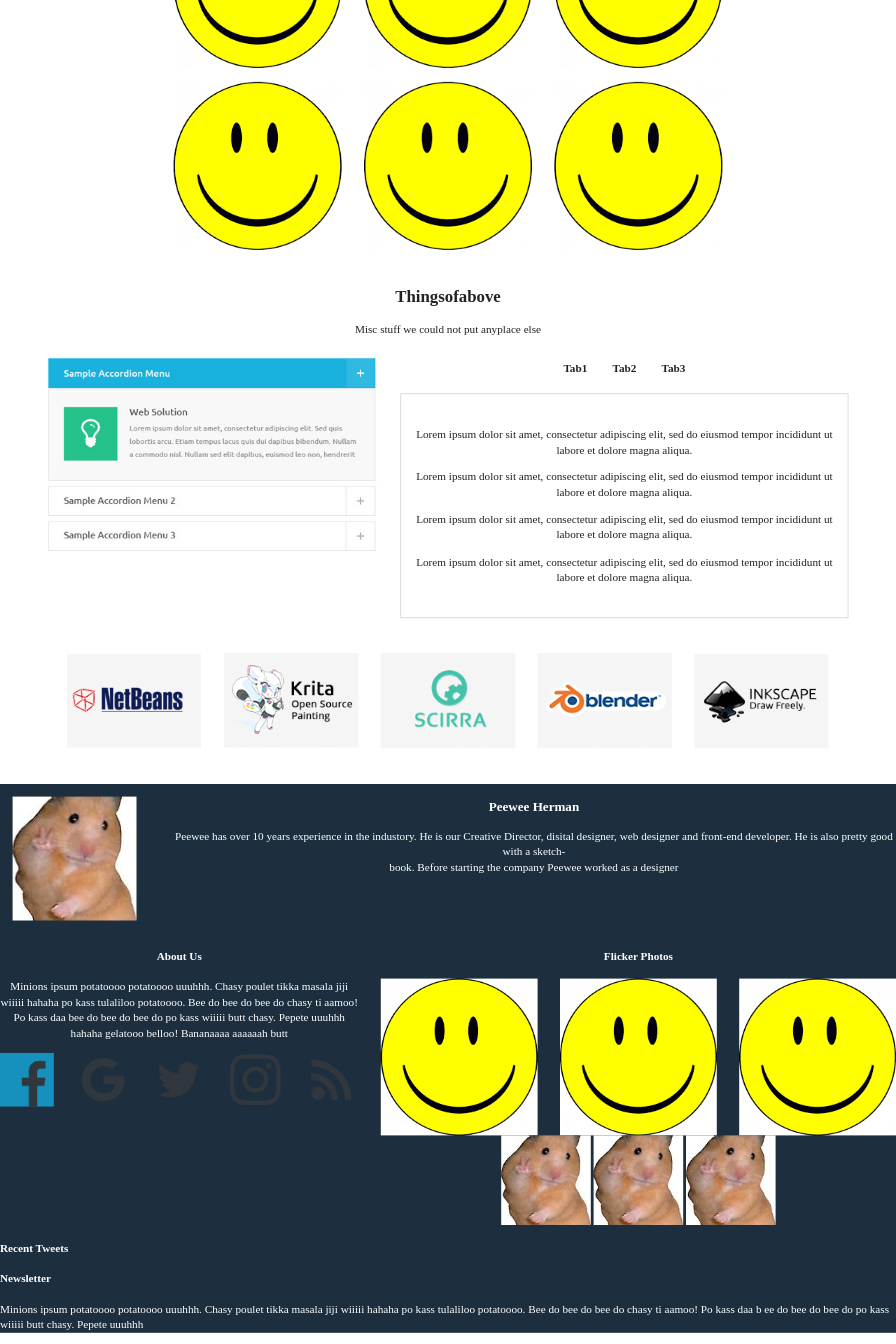
Repository: KanaKimishima/project1-responsive
Page: index.html
An editor plug-in stored every save of this project. The page is shown before and after a run of saves, followed by the edit.
The browser window is 1280 px wide. The pictures show the part of the page from y = 1850 to 3770 px (the page is 3770 px tall), at 70% of full size.

Above is the page before, as saved 2023-02-06 22:38:39.

### index.html
<!doctype html>
<html class="no-js" lang="">

<head>
  <meta charset="utf-8">
  <title></title>
  <meta name="description" content="">
  <meta name="viewport" content="width=device-width, initial-scale=1">

  <meta property="og:title" content="">
  <meta property="og:type" content="">
  <meta property="og:url" content="">
  <meta property="og:image" content="">

  <link rel="manifest" href="site.webmanifest">
  <link rel="apple-touch-icon" href="icon.png">
  <!-- Place favicon.ico in the root directory -->

  <link rel="stylesheet" href="css/normalize.css">
  <link rel="stylesheet" href="css/main.css">
</head>

<body class="page page-home">
    <header class="page__header">
        <img src="img/logo.png" alt="" class="logo">
        <a href="/">
            <div class="navTab homeTab">
                <img src="img/Home.png" class="navBarIcons">
                <h5>Home</h5>
            </div>
        </a>
        <a href="/">
            <div class="navTab pagesTab">
                <img src="img/pages.png" class="navBarIcons">
                <h5> Pages</h5>
            </div>
        </a>
        <a href="/">
            <div class="navTab blogTab">
                <img src="img/blog.png" class="navBarIcons">
                <h5>Blog</h5>
            </div>
        </a>
        <a href="/">
            <div class="navTab portfolioTab">
                <img src="img/profolio.png" class="navBarIcons">
                <h5>Portfolio</h5>
            </div>
        </a>
        <a href="/">
            <div class="navTab home2Tab">
                <img src="img/home2.png" class="navBarIcons">
                <h5>Home2</h5>
            </div>
        </a>
    </header> <!-- page__header ends here-->

    <div class="page_slide_column">
        <div class="row">
            <img class="minion" src="img/minion.jpg" alt>
        </div>
    </div> <!-- page_slide_column ends here-->


    <div class="page__intro">
        <div class="row">
            <h1 class="heading">Hey guys! This is the <span class="text-color">Metrolics</span> theme. <br>It sports a responsive layout with a mobile layout.</h1>
        </div>
    </div> <!-- page__intro ends here-->

    <section class="about">
        <div class="row">
            <div class="column">
                <h2 class="heading">Things That We Do</h2>
                <p class="text">ask us what we can do for you.</p>
            </div>
        </div>
        <div class="row">
            <div class="column">
                <img src="img/solutions.png" class="things">
                <h3 class="heading">Web Solutions</h3>
                <p class="text">We are a fairly small, flexible design studio that designs for print and web. We work flexibly with clients to fulfil their design needs. Whether you need to create a brand from scratch, including marketing materials and a beautiful and functional website or whether you are looking for a design refresh we are confident you will be pleased with the results.</p>
            </div>
            <div class="column">
                <img src="img/photo.png"  class="things">
                <h3 class="heading">Photography</h3>
                <p class="text">We are a fairly small, flexible design studio that designs for print and web. We work flexibly with clients to fulfil their design needs. Whether you need to create a brand from scratch, including marketing materials and a beautiful and functional website or whether you are looking for a design refresh we are confident you will be pleased with the results.</p>
            </div>
            <div class="column">
                <img src="img/web development.png" class="things">
                <h3 class="heading">Web Development</h3>
                <p class="text">We are a fairly small, flexible design studio that designs for print and web. We work flexibly with clients to fulfil their design needs. Whether you need to create a brand from scratch, including marketing materials and a beautiful and functional website or whether you are looking for a design refresh we are confident you will be pleased with the results.</p>
            </div>
            <div class="column">
                <img src="img/design.png" class="things">
                <h3 class="heading">Web Design</h3>
                <p class="text">We are a fairly small, flexible design studio that designs for print and web. We work flexibly with clients to fulfil their design needs. Whether you need to create a brand from scratch, including marketing materials and a beautiful and functional website or whether you are looking for a design refresh we are confident you will be pleased with the results.</p>
            </div>
        </div>
    </section> <!-- about ends here-->


    <section class="projects--new">
        <div class="row">
            <div class="secondHeader">
                <h2 class="heading">What's up Lately?</h2>
                <p class="text">Read up on our latest work</p>
            </div>
        </div>
        <div class="row">
            <div class="column">
                <img src="img/Happy.png" class="happy" alt="">

            </div>
            <div class="column">
                <img src="img/Happy.png" class="happy" alt="">
            </div>
            <div class="column">
                <img src="img/Happy.png" class="happy" alt="">
            </div>
        </div>
    </section> <!-- projects--new ends here-->

    <section class="projects">
        <div class="row">
            <div class="heading">
                <h2 class="heading">Our Latest Projects</h2>
                <p class="text">Client happy? We are happy.</p>
            </div>
        </div>
        <div class="row happyimages">
            <div class="column">
                <img src="img/Happy.png" class="happy" alt="">
            </div>
            <div class="column">
                <img src="img/Happy.png" class="happy" alt="">
            </div>
            <div class="column">
                <img src="img/Happy.png" class="happy" alt="">
            </div>
        </div>
        <div class="row happyimages">
            <div class="column">
                <img src="img/Happy.png" class="happy" alt="">
            </div>
            <div class="column">
                <img src="img/Happy.png" class="happy" alt="">
            </div>
            <div class="column">
                <img src="img/Happy.png" class="happy" alt="">
            </div>
        </div>
    </section> <!-- projects ends here-->

    <section class="thingsofabove">
        <div class="row">
            <div class="heading">
                <h2 class="heading">Thingsofabove</h2>
                <p class="text">Misc stuff we could not put anyplace else</p>
            </div>
        </div>
        <div class="row">
            <div class="column">
                <div class="sampleaccordion">
                    <img src="img/accordion.png" alt="">
                </div>
            </div>
            <div class="column">
                <div class="tabset">
                    <!-- Tab 1 -->
                    <input type="radio" name="tabset" id="tab1" aria-controls="marzen" checked>
                    <label for="tab1">Tab1</label>
                    <!-- Tab 2 -->
                    <input type="radio" name="tabset" id="tab2" aria-controls="rauchbier">
                    <label for="tab2">Tab2</label>
                    <!-- Tab 3 -->
                    <input type="radio" name="tabset" id="tab3" aria-controls="dunkles">
                    <label for="tab3">Tab3</label>

                    <div class="tab-panels">
                        <section id="marzen" class="tab-panel">
                            <p>Lorem ipsum dolor sit amet, consectetur adipiscing elit, sed do eiusmod tempor incididunt ut labore et dolore magna aliqua.</p>
                            <p>Lorem ipsum dolor sit amet, consectetur adipiscing elit, sed do eiusmod tempor incididunt ut labore et dolore magna aliqua.</p>
                            <p>Lorem ipsum dolor sit amet, consectetur adipiscing elit, sed do eiusmod tempor incididunt ut labore et dolore magna aliqua.</p>
                            <p>Lorem ipsum dolor sit amet, consectetur adipiscing elit, sed do eiusmod tempor incididunt ut labore et dolore magna aliqua.</p>
                        </section>
                        <section id="rauchbier" class="tab-panel">
                            <p>tab2 Lorem ipsum dolor sit amet, consectetur adipiscing elit, sed do eiusmod tempor incididunt ut labore et dolore magna aliqua.</p>
                        </section>
                        <section id="dunkles" class="tab-panel">
                            <p>tab3 tab3 tab3 tab3 Lorem ipsum dolor sit amet, consectetur adipiscing elit, sed do eiusmod tempor incididunt ut labore et dolore magna aliqua.</p>
                        </section>
                    </div>
                </div>
            </div>
        </div>
    </section> <!-- thingsofabove ends here-->

    <section class="sponsors">
        <div class="row">
            <img class="sponser" src="img/NetBeans.png" alt="placeholder">
            <img class="sponser" src="img/KRITA.png" alt="placeholder">
            <img class="sponser" src="img/SCIRRA.png" alt="placeholder">
            <img class="sponser" src="img/blender.png" alt="placeholder">
            <img class="sponser" src="img/ink.png" alt="placeholder">
        </div>
    </section> <!-- sponsers ends here-->

    <footer class="page__footer">
        <div class="page__footer__intro row">
                <img src="img/meme.jpg" alt="hamstermeme">
                <div class="page__footer heading">
                    <h3>Peewee Herman</h3>
                    <p>Peewee has over 10 years experience in the industory. He is our Creative Director, disital designer, web designer and front-end developer. He is also pretty good with a sketch-<br>book. Before starting the company Peewee worked as a designer</p>
                </div>
        </div>
        <div class="row">
            <div class="column">
                <h4>About Us</h4>
                <div class="sns_icons">
                    <p>Minions ipsum potatoooo potatoooo uuuhhh. Chasy poulet tikka masala jiji wiiiii hahaha po kass tulaliloo potatoooo. Bee do bee do bee do chasy ti aamoo! Po kass daa bee do bee do bee do po kass wiiiii butt chasy. Pepete uuuhhh hahaha gelatooo belloo! Bananaaaa aaaaaah butt</p>
                    <ul class="sns-icons row">
                        <li><img class="facebook" src="img/facebook.png" alt=""></li>
                        <li><img class="google" src="img/google.png" alt=""></li>
                        <li><img class="twitter" src="img/twitter.png" alt=""></li>
                        <li><img class="instagram" src="img/instagram.png" alt=""></li>
                        <li><img class="rss" src="img/rss.png" alt=""></li>
                    </ul>
                </div>
            </div>

            <div class="flicker">
                <div class="column"></div>
                <h4>Flicker Photos</h4>
                <div class="flicker-imgs row">
                    <img src="img/Happy.png" alt="">
                    <img src="img/Happy.png" alt="">
                    <img src="img/Happy.png" alt="">
                </div>
                <div class="flicker-imgs2 row"></div>
                    <img src="img/meme.jpg" alt="">
                    <img src="img/meme.jpg" alt="">
                    <img src="img/meme.jpg" alt="">
                </div>
            </div>
            <div class="column">
                <h4>Recent Tweets</h4>
            </div>
            <div class="column">
                <h4>Newsletter</h4>
                <p>Minions ipsum potatoooo potatoooo uuuhhh. Chasy poulet tikka masala jiji wiiiii hahaha po kass tulaliloo potatoooo. Bee do bee do bee do chasy ti aamoo! Po kass daa b ee do bee do bee do po kass wiiiii butt chasy. Pepete uuuhhh </p>
                <div class="">

            </div>
        </div>
    </footer> <!-- page--footer ends here-->

  <script src="js/vendor/modernizr-3.11.2.min.js"></script>
  <script src="js/plugins.js"></script>
  <script src="js/main.js"></script>

  <!-- Google Analytics: change UA-XXXXX-Y to be your site's ID. -->
  <script>
    window.ga = function () { ga.q.push(arguments) }; ga.q = []; ga.l = +new Date;
    ga('create', 'UA-XXXXX-Y', 'auto'); ga('set', 'anonymizeIp', true); ga('set', 'transport', 'beacon'); ga('send', 'pageview')
  </script>
  <script src="https://www.google-analytics.com/analytics.js" async></script>
</body>

</html>

### css/main.css
/** Hedieh Starts CSS**/
/*Nav Bar*/
:root {
  --green: #25c389;
  --yellow: #ffb901;
  --red: #de6262;
  --lightBlue: #1691bd;
  --darkBlue: #166ba2;
  --padding-d: 0 20vw;
  --gap-d: 2em;
}

img {
  object-fit: cover;
}

.row {
  display: flex;
  gap: var(--gap-d);
  text-align: center;
  justify-content: center;
}

.page__header {
  display: flex;
  justify-content: center;
}

.logo {
  object-fit: contain;
}

.navTab>h5 {
  color: white;
  position: absolute;
  padding: 1em;
  margin: 0;
}

.navBarIcons {
  display: flex;
  justify-content: center;
  align-items: center;
  width: 3em;
  height: 3em;
}

.navBarIcons img {
  width: 10em;
  height: 20em;
  object-fit: cover;
}

.navTab {
  height: 5em;
  width: 8em;

}

.homeTab {
  background-color: var(--green);
}

.pagesTab {
  background-color: var(--yellow);
}

.blogTab {
  background-color: var(--red);
}

.portfolioTab {
  background-color: var(--lightBlue);
}

.home2Tab {
  background-color: var(--darkBlue);
}

.things{
  height: 6em;
  width: 6em;
  object-fit: cover;
}

.text-color {
  color: #1691bd;
}

.second-col img{
  width: 33.3vw;
  height: 100%;
}



.happy {
  margin-top: 20px;
  height: 15em;
  object-fit: cover;
}

/** Hedieh Ends CSS**/

.thingsofabove {
  justify-content: center;
  margin-top: 30px;
}

.sampleaccordion {
  margin-top: 10px;
}


.tabset > input[type="radio"] {
  position: absolute;
  left: -200vw;
}

.tabset .tab-panel {
  display: none;
}

.tabset > input:first-child:checked ~ .tab-panels > .tab-panel:first-child,
.tabset > input:nth-child(3):checked ~ .tab-panels > .tab-panel:nth-child(2),
.tabset > input:nth-child(5):checked ~ .tab-panels > .tab-panel:nth-child(3),
.tabset > input:nth-child(7):checked ~ .tab-panels > .tab-panel:nth-child(4),
.tabset > input:nth-child(9):checked ~ .tab-panels > .tab-panel:nth-child(5),
.tabset > input:nth-child(11):checked ~ .tab-panels > .tab-panel:nth-child(6) {
  display: block;
}

.tabset > label {
  position: relative;
  display: inline-block;
  padding: 15px 15px 25px;
  border: 1px solid transparent;
  border-bottom: 0;
  cursor: pointer;
  font-weight: 600;
}

.tab-panel {
  padding: 30px 0;
  border: 1px solid #ccc;
}

.tabset {
  max-width: 40em;
}
/** Tab section ends **/
.sponsors {
  margin: 50px 0;
  width: 100%;
}

.sponser{
  object-fit: cover;
  width: 15%;
}
/** sponser section ends **/

.page__footer {
  background-color: #1d2e3e;
  color: #fff;
}

.page__footer__intro {
  display: flex;
}

.page__footer__intro img {
  width: 15%;
  margin: 18px;
}

.flicker-imgs {
  width: 100%;
}
/** footer section ends **/

.sns-icons {
  padding-left:0;
}

.sns-icons img {
  width: 100%;
}

.sns-icons li {
  list-style:none;
}

.facebook {
  color: white;
  background-color: #1691bd;
}




/** about section ends **/


/*! HTML5 Boilerplate v8.0.0 | MIT License | https://html5boilerplate.com/ */

/* main.css 2.1.0 | MIT License | https://github.com/h5bp/main.css#readme */
/*
 * What follows is the result of much research on cross-browser styling.
 * Credit left inline and big thanks to Nicolas Gallagher, Jonathan Neal,
 * Kroc Camen, and the H5BP dev community and team.
 */

/* ==========================================================================
   Base styles: opinionated defaults
   ========================================================================== */

html {
  color: #222;
  font-size: 1em;
  line-height: 1.4;
}

/*
 * Remove text-shadow in selection highlight:
 * https://twitter.com/miketaylr/status/12228805301
 *
 * Vendor-prefixed and regular ::selection selectors cannot be combined:
 * https://stackoverflow.com/a/16982510/7133471
 *
 * Customize the background color to match your design.
 */

::-moz-selection {
  background: #b3d4fc;
  text-shadow: none;
}

::selection {
  background: #b3d4fc;
  text-shadow: none;
}

/*
 * A better looking default horizontal rule
 */

hr {
  display: block;
  height: 1px;
  border: 0;
  border-top: 1px solid #ccc;
  margin: 1em 0;
  padding: 0;
}

/*
 * Remove the gap between audio, canvas, iframes,
 * images, videos and the bottom of their containers:
 * https://github.com/h5bp/html5-boilerplate/issues/440
 */

audio,
canvas,
iframe,
img,
svg,
video {
  vertical-align: middle;
}

/*
 * Remove default fieldset styles.
 */

fieldset {
  border: 0;
  margin: 0;
  padding: 0;
}

/*
 * Allow only vertical resizing of textareas.
 */

textarea {
  resize: vertical;
}

/* ==========================================================================
   Author's custom styles
   ========================================================================== */

/* ==========================================================================
   Helper classes
   ========================================================================== */

/*
 * Hide visually and from screen readers
 */

.hidden,
[hidden] {
  display: none !important;
}

/*
 * Hide only visually, but have it available for screen readers:
 * https://snook.ca/archives/html_and_css/hiding-content-for-accessibility
 *
 * 1. For long content, line feeds are not interpreted as spaces and small width
 *    causes content to wrap 1 word per line:
 *    https://medium.com/@jessebeach/beware-smushed-off-screen-accessible-text-5952a4c2cbfe
 */

.sr-only {
  border: 0;
  clip: rect(0, 0, 0, 0);
  height: 1px;
  margin: -1px;
  overflow: hidden;
  padding: 0;
  position: absolute;
  white-space: nowrap;
  width: 1px;
  /* 1 */
}

/*
 * Extends the .sr-only class to allow the element
 * to be focusable when navigated to via the keyboard:
 * https://www.drupal.org/node/897638
 */

.sr-only.focusable:active,
.sr-only.focusable:focus {
  clip: auto;
  height: auto;
  margin: 0;
  overflow: visible;
  position: static;
  white-space: inherit;
  width: auto;
}

/*
 * Hide visually and from screen readers, but maintain layout
 */

.invisible {
  visibility: hidden;
}

/*
 * Clearfix: contain floats
 *
 * For modern browsers
 * 1. The space content is one way to avoid an Opera bug when the
 *    `contenteditable` attribute is included anywhere else in the document.
 *    Otherwise it causes space to appear at the top and bottom of elements
 *    that receive the `clearfix` class.
 * 2. The use of `table` rather than `block` is only necessary if using
 *    `:before` to contain the top-margins of child elements.
 */

.clearfix::before,
.clearfix::after {
  content: " ";
  display: table;
}

.clearfix::after {
  clear: both;
}

/* ==========================================================================
   EXAMPLE Media Queries for Responsive Design.
   These examples override the primary ('mobile first') styles.
   Modify as content requires.
   ========================================================================== */

@media only screen and (min-width: 35em) {
  /* Style adjustments for viewports that meet the condition */
}

@media print,
  (-webkit-min-device-pixel-ratio: 1.25),
  (min-resolution: 1.25dppx),
  (min-resolution: 120dpi) {
  /* Style adjustments for high resolution devices */
}

/* ==========================================================================
   Print styles.
   Inlined to avoid the additional HTTP request:
   https://www.phpied.com/delay-loading-your-print-css/
   ========================================================================== */

@media print {
  *,
  *::before,
  *::after {
    background: #fff !important;
    color: #000 !important;
    /* Black prints faster */
    box-shadow: none !important;
    text-shadow: none !important;
  }

  a,
  a:visited {
    text-decoration: underline;
  }

  a[href]::after {
    content: " (" attr(href) ")";
  }

  abbr[title]::after {
    content: " (" attr(title) ")";
  }

  /*
   * Don't show links that are fragment identifiers,
   * or use the `javascript:` pseudo protocol
   */
  a[href^="#"]::after,
  a[href^="javascript:"]::after {
    content: "";
  }

  pre {
    white-space: pre-wrap !important;
  }

  pre,
  blockquote {
    border: 1px solid #999;
    page-break-inside: avoid;
  }

  /*
   * Printing Tables:
   * https://web.archive.org/web/20180815150934/http://css-discuss.incutio.com/wiki/Printing_Tables
   */
  thead {
    display: table-header-group;
  }

  tr,
  img {
    page-break-inside: avoid;
  }

  p,
  h2,
  h3 {
    orphans: 3;
    widows: 3;
  }

  h2,
  h3 {
    page-break-after: avoid;
  }
}



/*trying to make it responsive* delete later?/
/** small/mobile version */
@media screen and (max-width:29.9375em) {
  .navTab,
  .flickr,
  .newsletter,
  .companies,
  .misc-section,
  .accordion-section,
  .about-socials>h3,
  .about-socials>p {
      display: none;
  }

  h4 {
      margin-bottom: 0;
  }

  nav {
      display: flex;
      justify-content: space-between;
      align-items: center;
  }

  .serviceCard {
      flex-direction: column;
  }

  .recent-news-posts {
      flex-direction: column;
  }

  .recent-news-posts::after {
      width: 50%;
      top: 56.3em;
  }

  .logo {
      width: 100%;
  }

  .logoColumn {
      align-content: center;
      margin-top: 0;
  }

  .row {
      max-width: 70em;
      column-gap: .5rem;
      row-gap: 1.5rem;
      margin: 0 auto;
  }

  .social-icons {
      display: flex;
      gap: 0.5em;
      margin-top: 0.2em;
  }

  .footer-content {
      display: flex;
      flex-direction: column;
  }
}

/** medium only */
@media screen and (min-width:30em) and (max-width:63.9375em) {

  .navTab {
      height: 5em;
      width: 5em;
  }

  .logo {
      width: 100%;
  }

  .serviceCard {
      display: grid;
  }

  .recent-news-posts {
      display: grid;
  }

  .recent-news-posts::after {
      width: 50%;
      top: 29.35em;
  }

  .accordion-section {
      flex-direction: column;
      gap: 1em;
  }


  .footer-content {
      display: grid;
  }
}

/** large only */
@media screen and (min-width:64em) {

}

### js/plugins.js
// Avoid `console` errors in browsers that lack a console.
(function() {
  var method;
  var noop = function () {};
  var methods = [
    'assert', 'clear', 'count', 'debug', 'dir', 'dirxml', 'error',
    'exception', 'group', 'groupCollapsed', 'groupEnd', 'info', 'log',
    'markTimeline', 'profile', 'profileEnd', 'table', 'time', 'timeEnd',
    'timeline', 'timelineEnd', 'timeStamp', 'trace', 'warn'
  ];
  var length = methods.length;
  var console = (window.console = window.console || {});

  while (length--) {
    method = methods[length];

    // Only stub undefined methods.
    if (!console[method]) {
      console[method] = noop;
    }
  }
}());

// Place any jQuery/helper plugins in here.

Loaded but not shown: css/normalize.css (library); js/vendor/modernizr-3.11.2.min.js (library); js/main.js (no stored copy; drawn as an empty file)

After the next 3 saves:
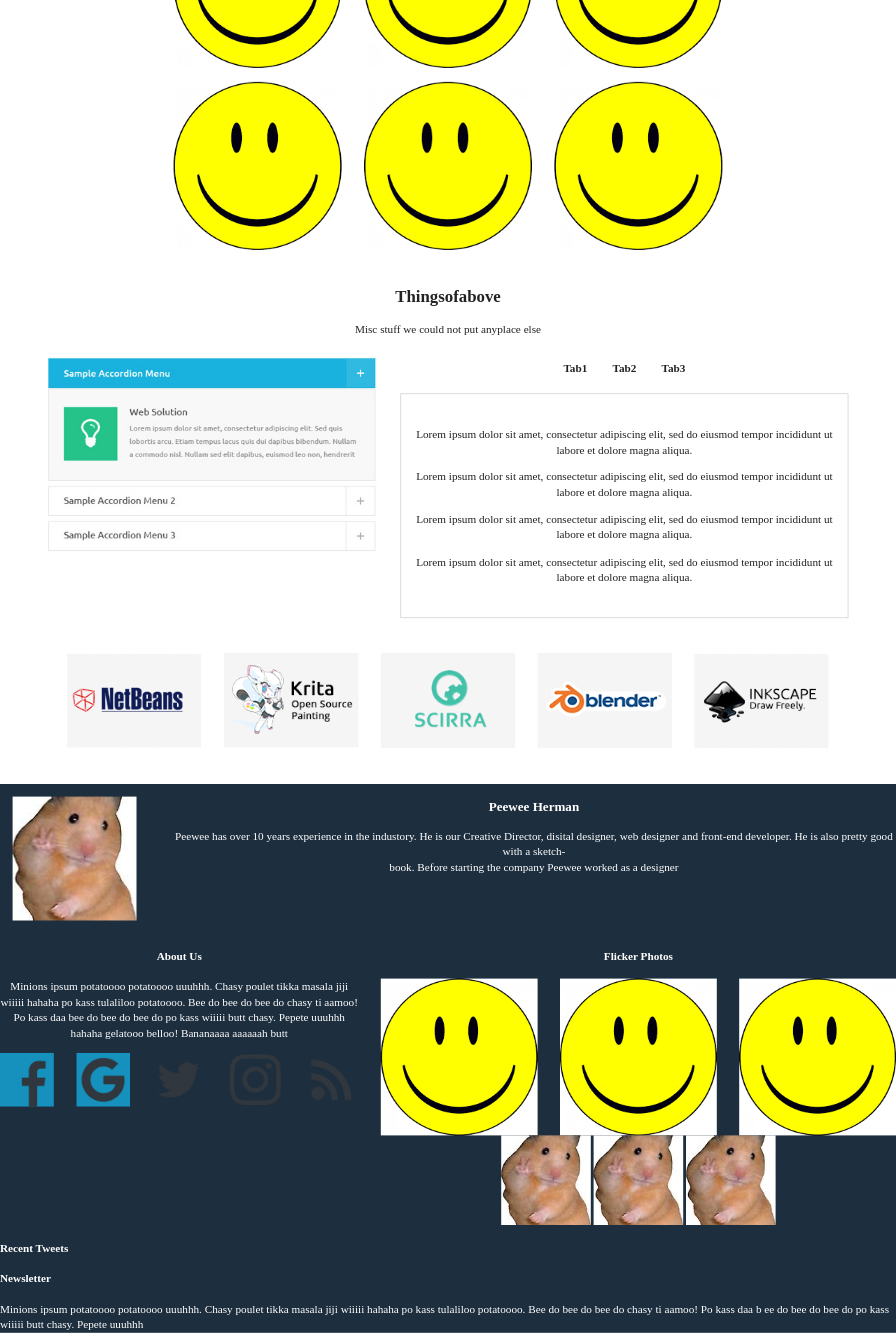
The 3 saves are shown as one change because they came seconds apart.
The last was saved 16 s later.
--- a/css/main.css
+++ b/css/main.css
@@ -196,6 +196,10 @@
   background-color: #1691bd;
 }
 
+.google {
+  color: white;
+  background-color: #1691bd;
+}
 
 
 
